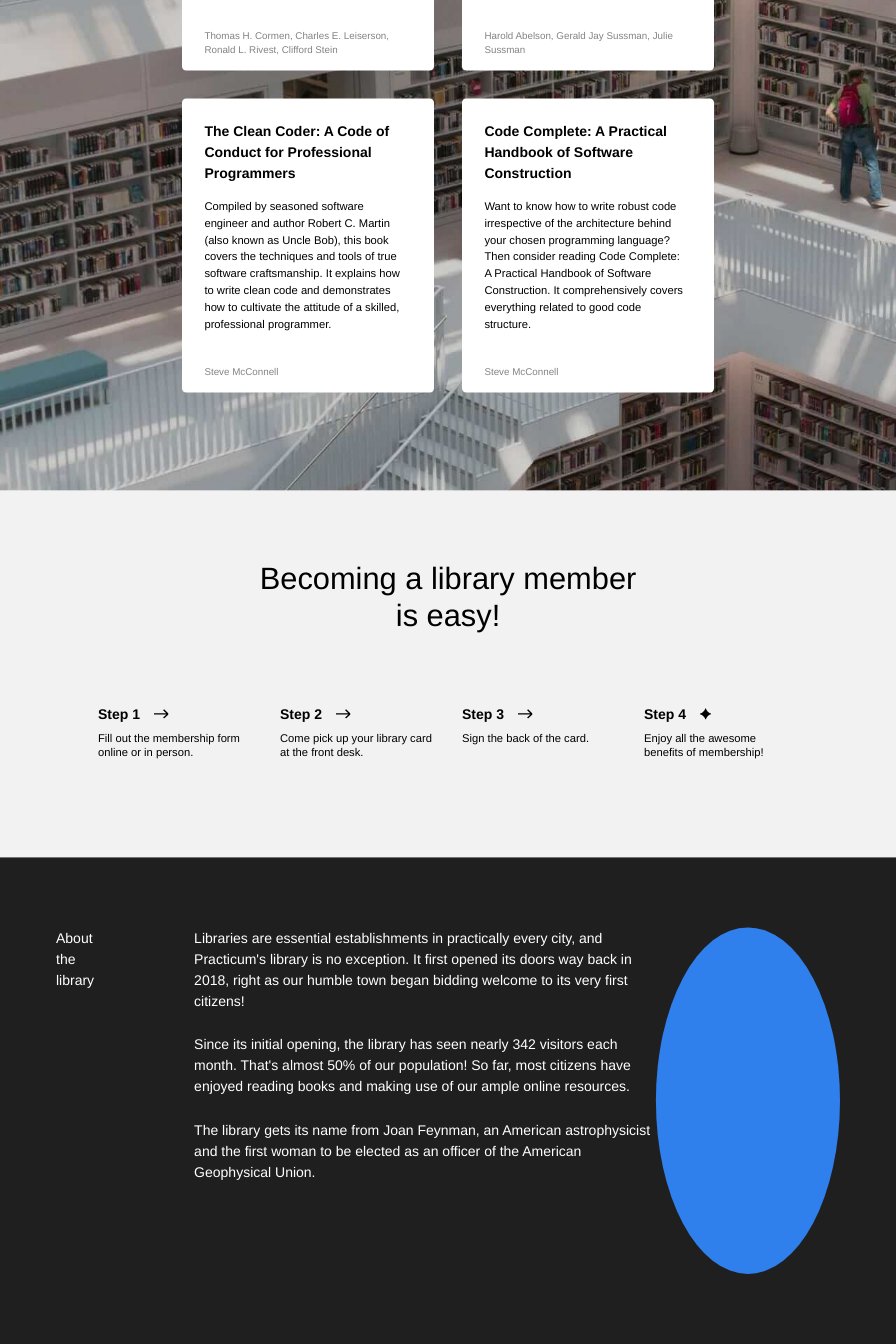
Repository: MWilliams-26/se_project_library
Page: index.html
These files come from the project's save history. The page is drawn as it stood at one moment and after the next save; the edit follows.
The browser window is 1280 px wide. The pictures show the part of the page from y = 2137 to 4057 px (the page is 4057 px tall), at 70% of full size.

Above is the page before, as saved 2023-04-04 00:59:14.

### index.html
<!DOCTYPE html>
<html lang="en">
  <head>
    <meta charset="UTF-8" />
    <meta name="viewport" content="width=device-width, initial-scale=1.0" />
    <title>Practicum Library</title>
    <link rel="shortcut icon" href="favicon.ico" />
    <link rel="stylesheet" href="./styles/normalize.css" />
    <link rel="stylesheet" href="./styles/style.css" />
  </head>

  <body>
    <!-- Wrap the entire page content in a new div with the page class. Remember to add the closing tag -->
    <div class="page">
      <header class="header">
        <nav class="nav">
          <img
            src="./images/logo.png"
            alt="Practicum Library Logo"
            class="logo"
          />
          <!-- Putting navigation links in a list is supposed to be the best practice of writing the semantic code since it allows screen readers to pause between each link instead of reading all the links as a sentence. -->
          <ul class="nav__links">
            <li>
              <a class="nav__link">Staff picks</a>
            </li>
            <li>
              <a class="nav__link">Events</a>
            </li>
            <li>
              <a class="nav__link">Become a member</a>
            </li>
            <li>
              <a class="nav__link">About</a>
            </li>
            <li>
              <a class="nav__link">Contacts</a>
            </li>
          </ul>
        </nav>
        <h1 class="header__title">Welcome to the Practicum Library</h1>
        <p class="header__description">
          We're pleased to open our library doors to everyone! Come and expand
          your development knowledge, or just use this lovely spot to work or
          study. This is a cool place for cool students!
        </p>
        <!-- ----------------------------------------------------------------- -->
        <!--               Don't uncomment until project stage 2               -->
        <!-- ----------------------------------------------------------------- -->
        <img
          src="./images/inside_the_library.png"
          alt="Illustration 'Inside the library'"
          class="header__image"
        />
        <div class="header__footer">
          <a class="header__link">About the library &darr;</a>
          <p class="header__address">
            200 Success Avenue, The Town of Practicum
          </p>
        </div>
      </header>

      <main class="content">
        <section class="events">
          <div class="events__content">
            <h2 class="events__heading">Upcoming events:</h2>
            <h3 class="events__title">
              In honor of Joan Feynman: Women in astrophysics
            </h3>
            <div class="event-info events__info-section">
              <div class="event-info__item">
                <div
                  class="event-info__icon event-info__icon_type_calendar"
                ></div>
                <p class="event-info__text">Mon, January 12</p>
              </div>
              <div class="event-info__item">
                <div class="event-info__icon event-info__icon_type_pin"></div>
                <p class="event-info__text">
                  Practicum Library Conference Hall & Online
                </p>
              </div>
            </div>
            <p class="events__description">
              At this event, which celebrates the library's namesake, our guest
              lecturer will take us on a journey exploring some of the most
              prominent female researchers in the world of space science. It's
              easy to buy into the misconception that this field was mostly
              dominated by men, but our lecture aims to change that notion and
              prove that this hasn't been the case since at least the 18th
              century.
            </p>
            <a href="#" class="events__more">More events &rarr;</a>
          </div>
          <div class="events__cover">
            <img
              class="events__image"
              src="images/cafe.png"
              alt="events image"
            />
            <div class="person person_name_feynman">
              <p class="person__caption">Joann Feynman</p>
              <img
                class="person__image person__image_size_l"
                src="images/person_feynman.png"
                alt="Joann Feyman"
              />
            </div>
            <div class="person person_name_burbidge">
              <p class="person__caption">Margaret Burbidge</p>
              <img
                class="person__image person__image_size_m"
                src="images/person_burbidge.png"
                alt="Margaret Burbidge"
              />
            </div>
            <div class="person person_name_cannon">
              <img
                class="person__image person__image_size_m"
                src="images/person_cannon.png"
                alt="Annie Jump Cannon"
              />
              <p class="person__caption">Annie Jump Cannon</p>
            </div>
            <div class="person person_name_burbidge">
              <p class="person__caption">Margaret Burbidge</p>
              <img
                class="person__image person__image_size_m"
                src="images/person_burbidge.png"
                alt="Margaret Burbidge"
              />
            </div>
            <div class="person person_name_mitchell">
              <img
                class="person__image person__image_size_s"
                src="images/person_mitchell.png"
                alt="Maria Mitchell"
              />
              <p class="person__caption">Maria Mitchell</p>
            </div>
            <div class="person person_name_tarter">
              <p class="person__caption">Jill Tarter</p>
              <img
                class="person__image person__image_size_m"
                src="images/person_tarter.png"
                alt="Jill Tarter"
              />
            </div>
          </div>
        </section>

        <section class="staff">
          <!-- --------------------------------------------------------------- -->
          <!--        Don't uncomment until the final project stage            -->
          <!-- --------------------------------------------------------------- -->
          <h2 class="staff__title">Staff picks</h2>
          <p class="staff__subtitle">That our readers love</p>
          <ul class="staff__picks">
            <li class="card">
              <div class="card__content">
                <h3 class="card__title">Introduction to Algorithms</h3>
                <p class="card__text">
                  The name of this book is self-explanatory; it's a proper
                  introduction to algorithms! Introduction to Algorithms, or
                  CLRS, in reference to the authors' last names, goes in-depth
                  and covers a range of algorithms across several self-contained
                  chapters.
                </p>
                <p class="card__footer">
                  Thomas H. Cormen, Charles E. Leiserson, Ronald L. Rivest,
                  Clifford Stein
                </p>
              </div>
            </li>

            <li class="card">
              <div class="card__content">
                <h3 class="card__title">
                  The Structure and Interpretation of Computer Programs (SICP)
                </h3>
                <p class="card__text">
                  This is one of the best books for learning the fundamentals of
                  programming. Featured by MIT in one of their foundational
                  programming courses, SICP is a general-purpose programming
                  book that uses Scheme to illustrate various programming
                  concepts.
                </p>
                <p class="card__footer">
                  Harold Abelson, Gerald Jay Sussman, Julie Sussman
                </p>
              </div>
            </li>

            <li class="card">
              <div class="card__content">
                <h3 class="card__title">
                  The Clean Coder: A Code of Conduct for Professional
                  Programmers
                </h3>
                <p class="card__text">
                  Compiled by seasoned software engineer and author Robert C.
                  Martin (also known as Uncle Bob), this book covers the
                  techniques and tools of true software craftsmanship. It
                  explains how to write clean code and demonstrates how to
                  cultivate the attitude of a skilled, professional programmer.
                </p>
                <p class="card__footer">Steve McConnell</p>
              </div>
            </li>

            <li class="card">
              <div class="card__content">
                <h3 class="card__title">
                  Code Complete: A Practical Handbook of Software Construction
                </h3>
                <p class="card__text">
                  Want to know how to write robust code irrespective of the
                  architecture behind your chosen programming language? Then
                  consider reading Code Complete: A Practical Handbook of
                  Software Construction. It comprehensively covers everything
                  related to good code structure.
                </p>
                <p class="card__footer">Steve McConnell</p>
              </div>
            </li>
          </ul>
        </section>

        <section class="membership">
          <!-- --------------------------------------------------------------- -->
          <!--         Don't uncomment until the final project stage           -->
          <!-- --------------------------------------------------------------- -->
          <h2 class="membership__title">Becoming a library member is easy!</h2>
          <ul class="membership__steps">
            <li class="step">
              <h3 class="step__title">
                Step 1
                <img
                  src="./images/icon_step_forward.svg"
                  alt="icon forward"
                  class="step__icon"
                />
              </h3>
              <p class="step__description">
                Fill out the membership form online or in person.
              </p>
            </li>
            <li class="step">
              <h3 class="step__title">
                Step 2
                <img
                  src="./images/icon_step_forward.svg"
                  alt="icon forward"
                  class="step__icon"
                />
              </h3>
              <p class="step__description">
                Come pick up your library card at the front desk.
              </p>
            </li>
            <li class="step">
              <h3 class="step__title">
                Step 3
                <img
                  src="./images/icon_step_forward.svg"
                  alt="icon forward"
                  class="step__icon"
                />
              </h3>
              <p class="step__description">Sign the back of the card.</p>
            </li>
            <li class="step">
              <h3 class="step__title">
                Step 4
                <img
                  src="./images/icon_step_finish.svg"
                  alt="icon finish"
                  class="step__icon"
                />
              </h3>
              <p class="step__description">
                Enjoy all the awesome benefits of membership!
              </p>
            </li>
          </ul>
        </section>

        <section class="about">
          <!-- --------------------------------------------------------------- -->
          <!--          Don't uncomment until the final project stage          -->
          <!-- --------------------------------------------------------------- -->
          <h2 class="about__title">About the library</h2>
          <div class="about__content">
            <p class="about__paragraph">
              Libraries are essential establishments in practically every city,
              and Practicum's library is no exception. It first opened its doors
              way back in 2018, right as our humble town began bidding welcome
              to its very first citizens!
            </p>
            <p class="about__paragraph">
              Since its initial opening, the library has seen nearly 342
              visitors each month. That's almost 50% of our population! So far,
              most citizens have enjoyed reading books and making use of our
              ample online resources.
            </p>
            <p class="about__paragraph">
              The library gets its name from Joan Feynman, an American
              astrophysicist and the first woman to be elected as an officer of
              the American Geophysical Union.
            </p>
          </div>
          <div class="about__circle"></div>
        </section>
      </main>
      <footer class="footer">
        <!-- ----------------------------------------------------------------- -->
        <!--          Don't uncomment until the final project stage            -->
        <!-- ----------------------------------------------------------------- -->
      </footer>
    </div>
  </body>
</html>

### styles/style.css
.page {
  /* Add page class properties here */
  min-width: 1100px;
  max-width: 1600px;
  margin: 0 auto;
  font-family: Helvetica Neue, Arial, sans-serif;
  font-size: 16px;
  line-height: 20px;
}

.header {
  height: 100vh;
  min-height: 720px;
  max-height: 800px;
  padding: 30px 80px 0;
  position: relative;
  box-sizing: border-box;
}

.nav {
  /* Add flex properties here */
  display: flex;
  justify-content: space-between;
  align-items: stretch;
  flex-flow: row wrap;
  margin-top: 8px;
}

.logo {
  width: 196px;
  height: 60px;
}

.nav__links {
  /* Reset default list styles here */
  margin: 0 0 0;
  display: flex;
  column-gap: 20px;
  list-style: none;
}

.nav__link {
  color: #000000;
  text-decoration: none;
  font-weight: bold;
}

.header__title {
  font-size: 66px;
  line-height: 76px;
  font-weight: 500;
  max-width: 544px;
  margin-top: 150px;
  margin-bottom: 32px;
}

.header__description {
  font-size: 20px;
  line-height: 30px;
  max-width: 532px;
}

.header__image {
  position: absolute;
  max-width: 636px;
  top: 135px;
  right: 20px;
  z-index: 1;
}

.header__footer {
  position: absolute;
  left: 0;
  bottom: 40px;
  width: 100%;
  display: flex;
  align-items: center;
  padding: 40px 80px 0;
  justify-content: space-between;
  box-sizing: border-box;
}

.header__link {
  color: #2f80ed;
  text-decoration: none;
}

.header__address {
  margin: 0;
  color: #838383;
}

.events {
  padding: 100px 0 120px 80px;
  display: flex;
  align-items: start;
  justify-content: space-between;
  box-sizing: border-box;
  background-color: #f2f2f2;
}
.events__content {
  flex-basis: 580px;
}

.events__heading {
  font-size: 20px;
  font-weight: 500;
  line-height: 30px;
  margin: 0;
}

.events__title {
  font-size: 44px;
  font-weight: 500;
  line-height: 52px;
  margin: 32px 0 0;
}

.events__info-section {
  margin-top: 32px;
}

.event-info__item {
  display: flex;
  align-items: center;
  margin-bottom: 4px;
  font-weight: 500;
}

.event-info__icon {
  background-repeat: no-repeat;
  background-position: center;
  margin-right: 12px;
  width: 24px;
  height: 24px;
}

.event-info__icon_type_calendar {
  background-image: url(../images/icon_calendar.svg);
}

.event-info__icon_type_pin {
  background-image: url(../images/icon_pin.svg);
}

.event-info__text {
  font-size: 20px;
  font-weight: 500;
  line-height: 30px;
  margin: 0;
}

.events__description {
  margin: 40px 0 60px;
}

.events__more {
  color: #2f80ed;
  text-decoration: none;
}

.events__cover {
  flex-grow: 1;
  flex-shrink: 0;
  flex-basis: 780px;
  max-width: 780px;
  position: relative;
}

.events__image {
  max-width: 100%;
}

.person {
  position: absolute;
  display: flex;
  align-items: center;
  flex-direction: column;
  gap: 10px;
}

.person_name_feynman {
  position: absolute;
  top: -30px;
  left: 319px;
}

.person_name_burbidge {
  top: 96px;
  right: 125px;
}

.person_name_cannon {
  bottom: 18px;
  right: 216px;
}

.person_name_mitchell {
  bottom: 82px;
  left: 142px;
}

.person_name_tarter {
  top: 79px;
  left: 159px;
}

.person__image {
  max-width: 100%;
}

.person__image_size_l {
  width: 140px;
}

.person__image_size_m {
  width: 100px;
}

.person__image_size_s {
  width: 80px;
}

.person__caption {
  text-align: center;
  font-size: 14px;
  margin: 0;
}
.staff {
  padding: 100px 0 140px;
  background-image: url(../images/staff_picks_background.jpg);
}

.staff__title {
  text-align: center;
  font-size: 44px;
  line-height: 52px;
  margin: 0 0 24px;
  color: #ffffff;
}

.staff__subtitle {
  text-align: center;
  font-size: 20px;
  line-height: 30px;
  font-weight: 400;
  margin: 0;
  color: #ffffff;
}

.staff__picks {
  max-width: 760px;
  margin: auto;
  margin-top: 68px;
  display: flex;
  flex-wrap: wrap;
  justify-content: center;
  gap: 40px;
  list-style-type: none;
  padding: 0;
}

/* Add the CSS rule for your new class here. Make sure to place it before .card: parents should precede their children */

.card {
  background-color: #fff;
  border-radius: 6px;
  padding: 32px 40px 20px 32px;
  box-sizing: border-box;
  width: 360px;
  height: 420px;
}

.card__content {
  width: 100%;
  height: 100%;
  display: flex;
  flex-direction: column;
}

.card__title {
  font-size: 20px;
  line-height: 30px;
  font-weight: 700;
  margin: 0;
}

.card__text {
  margin: 20px 0 0;
  font-size: 16px;
  line-height: 24px;
}

.card__footer {
  margin: 0;
  font-size: 14px;
  line-height: 20px;
  color: #838383;
  margin-top: auto;
}

.membership {
  padding: 100px 0 140px;
  background-color: #f2f2f2;
}

.membership__title {
  max-width: 574px;
  margin: 0 auto;
  text-align: center;
  font-size: 44px;
  font-weight: 500;
  line-height: 52px;
}

.membership__steps {
  list-style-type: none;
  padding: 0;
  margin: 100px 0 0;
  display: flex;
  position: relative;
  justify-content: center;
  gap: 40px;

  /* Add styles */
}

.step {
  flex-basis: 220px;
  /* Add styles */
}

.step__title {
  margin: 0;
  font-size: 20px;
  line-height: 30px;
  font-weight: 700;
  display: flex;
  align-items: center;
}

.step__icon {
  margin-left: 20px;
}

.step__description {
  margin: 10px 0 0;
}

.about {
  padding: 100px 80px;
  background-color: #1f1f1f;
  color: #fff;
  overflow: hidden;
  position: relative;
  box-sizing: border-box;
  display: flex;
}

.about__title {
  margin: 0;
  font-size: 20px;
  line-height: 30px;
  font-weight: 500;
  z-index: 1;
  max-width: 154px;
  display: flex;
  flex-direction: row;
  align-self: baseline;
}

.about__content {
  font-size: 20px;
  line-height: 30px;
  font-weight: 400;
  max-width: 660px;
  display: flex;
  flex-direction: column;
  padding-left: 120px;
  position: relative;
}

.about__paragraph {
  margin: 0 0 32px;
}

.about__circle {
  background-color: #2f80ed;
  width: 495px;
  height: 495px;
  border-radius: 50%;
}

.footer {
  box-sizing: border-box;
}

.footer__columns {
}

.footer__column_content_hours {
}

.footer__column_content_social {
}

.footer__logo {
}

.footer__list {
  /* The code below removes the default browser styles for lists */
  list-style-type: none;
  padding: 0;
  margin: 0;
}

.footer__list-item {
}

.footer__column-heading {
}

.footer__column-link {
  color: white;
  font-size: 16px;
  line-height: 20px;
  text-decoration: none;
}

.footer__social-icon {
}

.footer__copyright {
}

Loaded but not shown: styles/normalize.css (library)

After the next save:
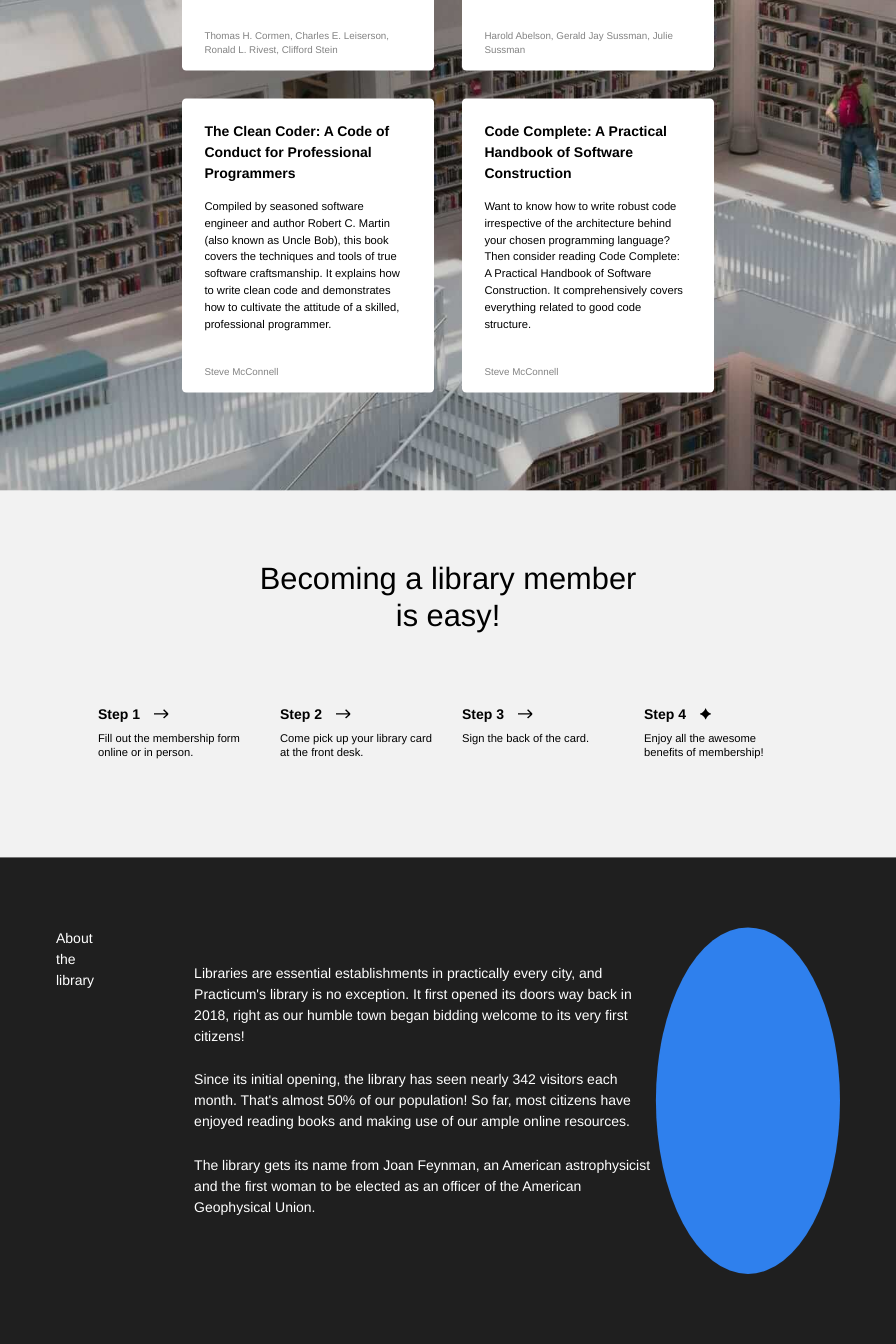
Saved 72 s later.
--- a/styles/style.css
+++ b/styles/style.css
@@ -376,8 +376,8 @@
   max-width: 660px;
   display: flex;
   flex-direction: column;
+  justify-content: center;
   padding-left: 120px;
-  position: relative;
 }
 
 .about__paragraph {
